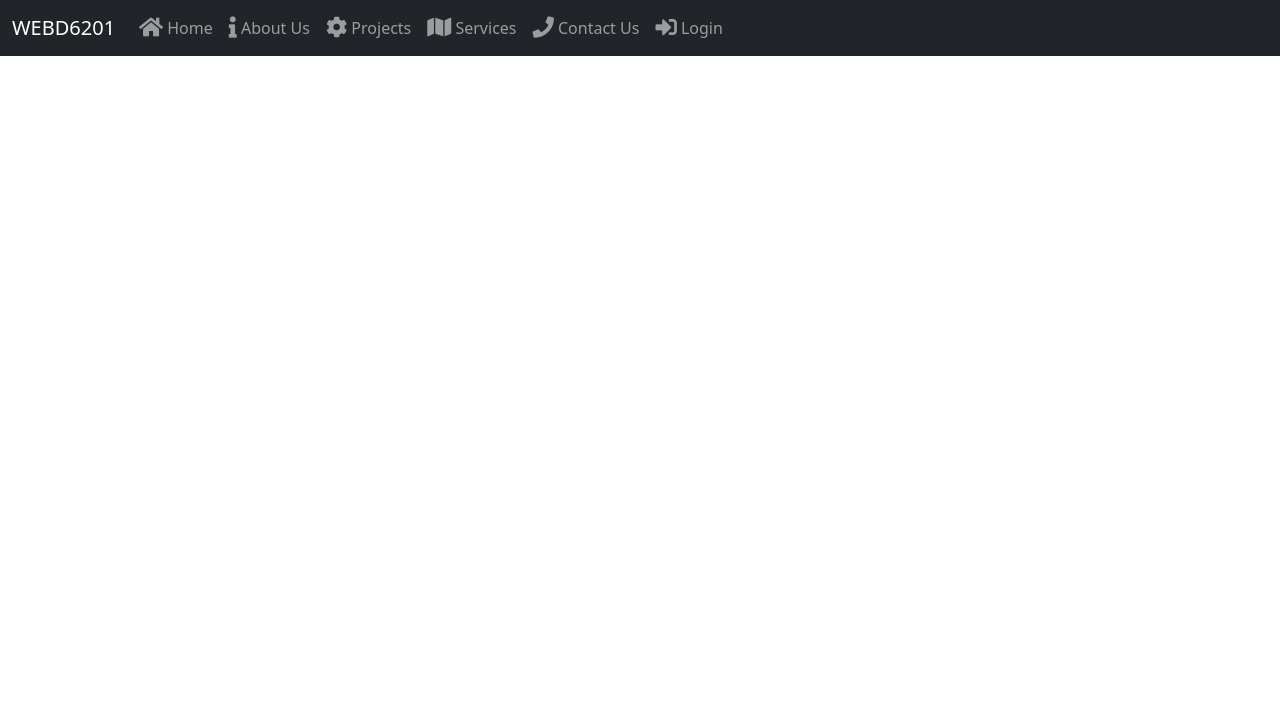
Repository: GarlicButterBoy/WEBD6201-ICE06
Page: index.html
These files come from the project's save history. The page is drawn as it stood at one moment and after a run of saves; the edit follows.
The browser window is 1280 px wide. The pictures show the whole page.

Above is the page before, as saved 2021-03-03 08:41:59.

After the next 2 saves:
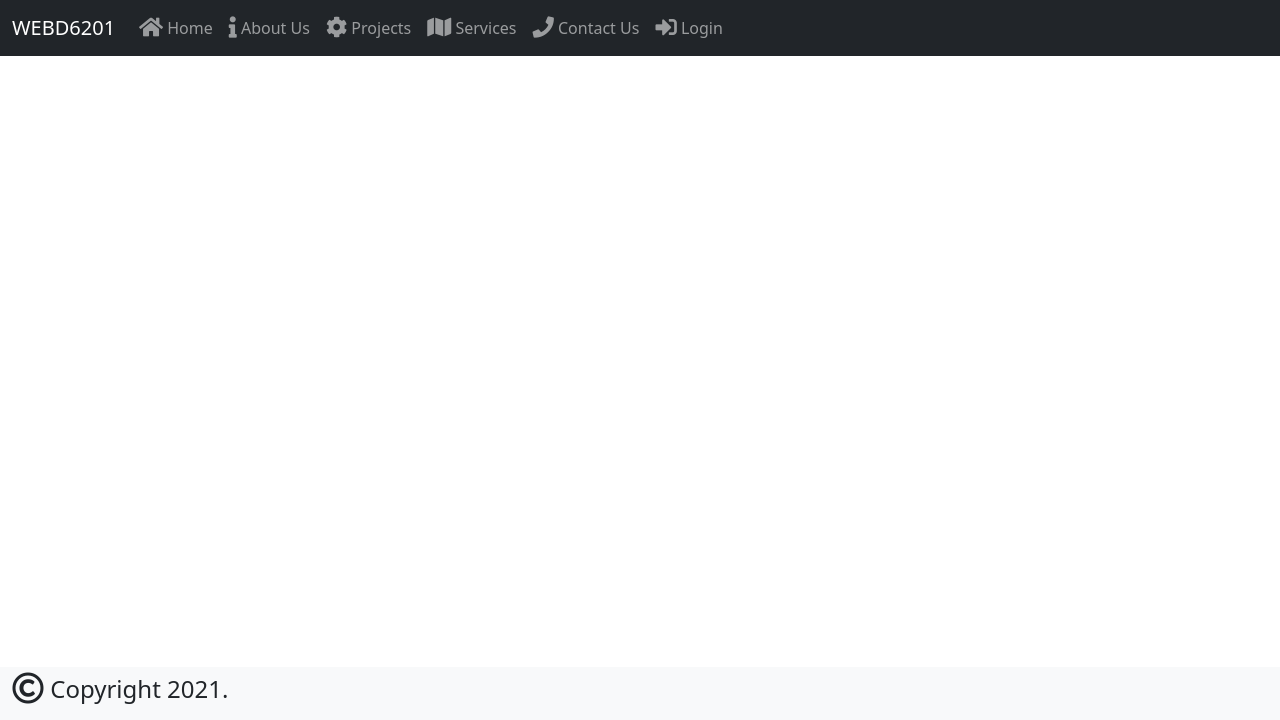
The 2 saves are shown as one change because they came seconds apart.
The last was saved 8 s later.
--- a/Scripts/app.js
+++ b/Scripts/app.js
@@ -23,7 +23,7 @@
       //inject footer
       $.get("./Views/components/footer.html", function(data)
       {
-        //console.log(data);
+        $("footer").html(data);
       });
 
     }
